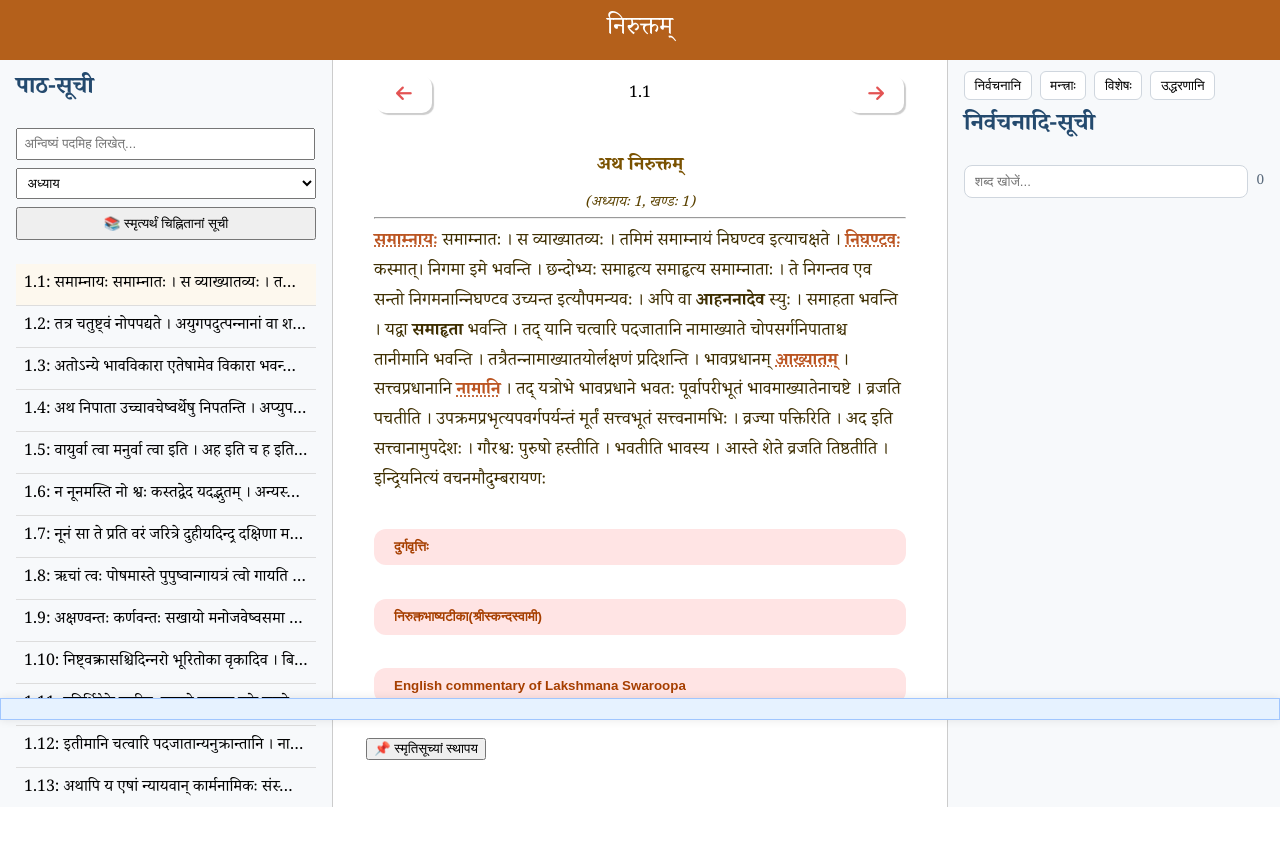
Repository: sanskritsphere/Niruktam
Page: index.html
An editor plug-in stored every save of this project. The page is shown before and after the next save, followed by the edit.
The browser window is 1280 px wide. The pictures show the whole page.
Some web fonts or font styles are not loaded; a fallback is used.

Above is the page before, as saved 2025-12-21 21:25:40.

After the next save:
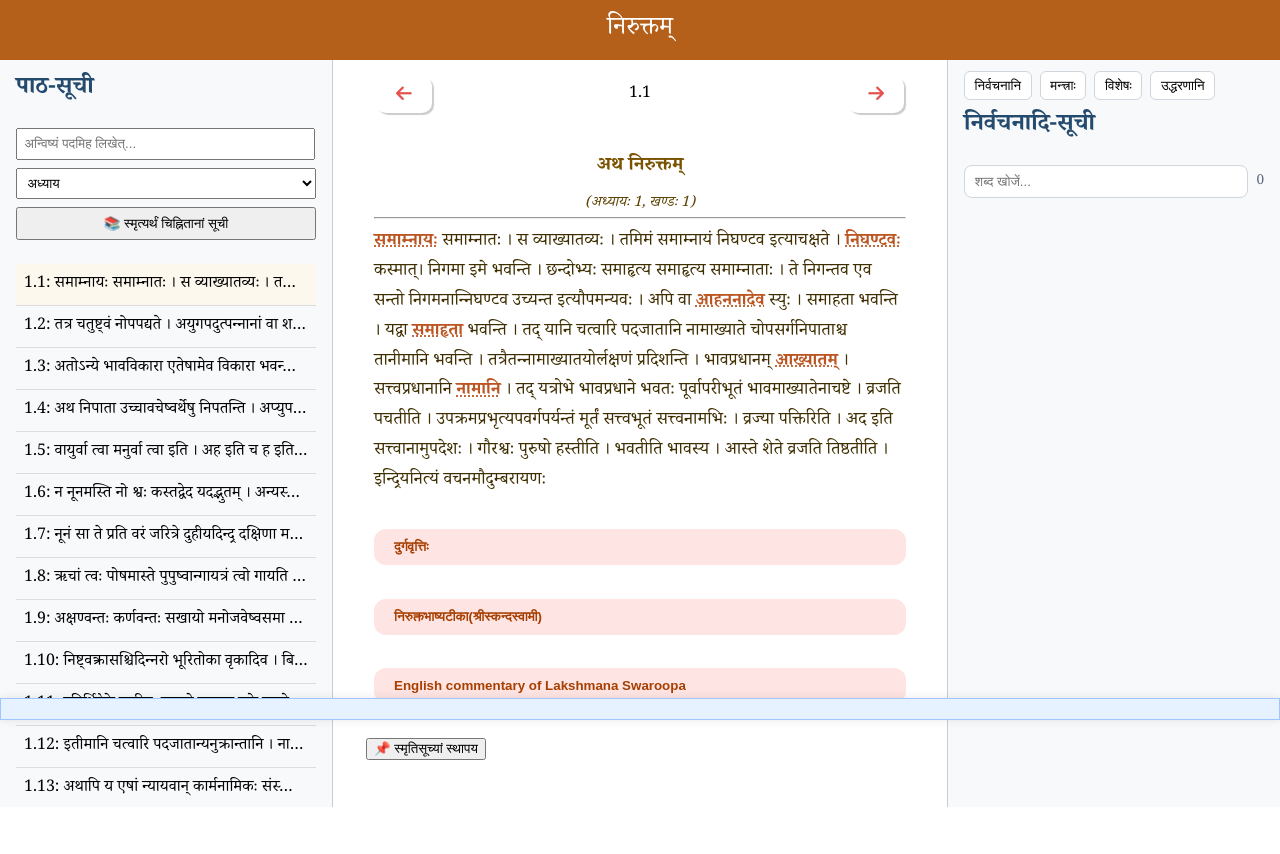
Saved 2 min 21 s later.
--- a/script.js
+++ b/script.js
@@ -16,14 +16,14 @@ const customVyakhya = [
 
   },
   {
-    "shabda": "अपि वा हननादेव स्युः",
+    "shabda": "आहननादेव",
     "vyakaran": "नि + <a target='blank' href='https://ashtadhyayi.com/dhatu?search=han'>हन्</a> + तु",
     "vyakhya": "हन धातु से निष्पत्ति का विकल्पात्मक मत, समाहार-अर्थ के कारण।",
     "link" : "<a target='blank' href='https://ashtadhyayi.com/kosha?search=%E0%A4%B8%E0%A4%AE%E0%A4%BE%E0%A4%AE%E0%A5%8D%E0%A4%A8%E0%A4%BE%E0%A4%AF%E0%A4%83'>कोशे पश्य</a>"
 
   },
   {
-    "shabda": "यद्वा समाहृता भवन्ति",
+    "shabda": "समाहृता",
     "vyakaran": "नि + <a target='blank' href='https://ashtadhyayi.com/dhatu?search=%E0%A4%B9%E0%A5%83'>हृ</a>",
     "vyakhya": "छन्दों से शब्दों के संग्रह के कारण निघण्टु नामकरण का दूसरा मत।",
     "link" : "<a target='blank' href='https://ashtadhyayi.com/kosha?search=%E0%A4%B8%E0%A4%AE%E0%A4%BE%E0%A4%AE%E0%A5%8D%E0%A4%A8%E0%A4%BE%E0%A4%AF%E0%A4%83'>कोशे पश्य</a>"
